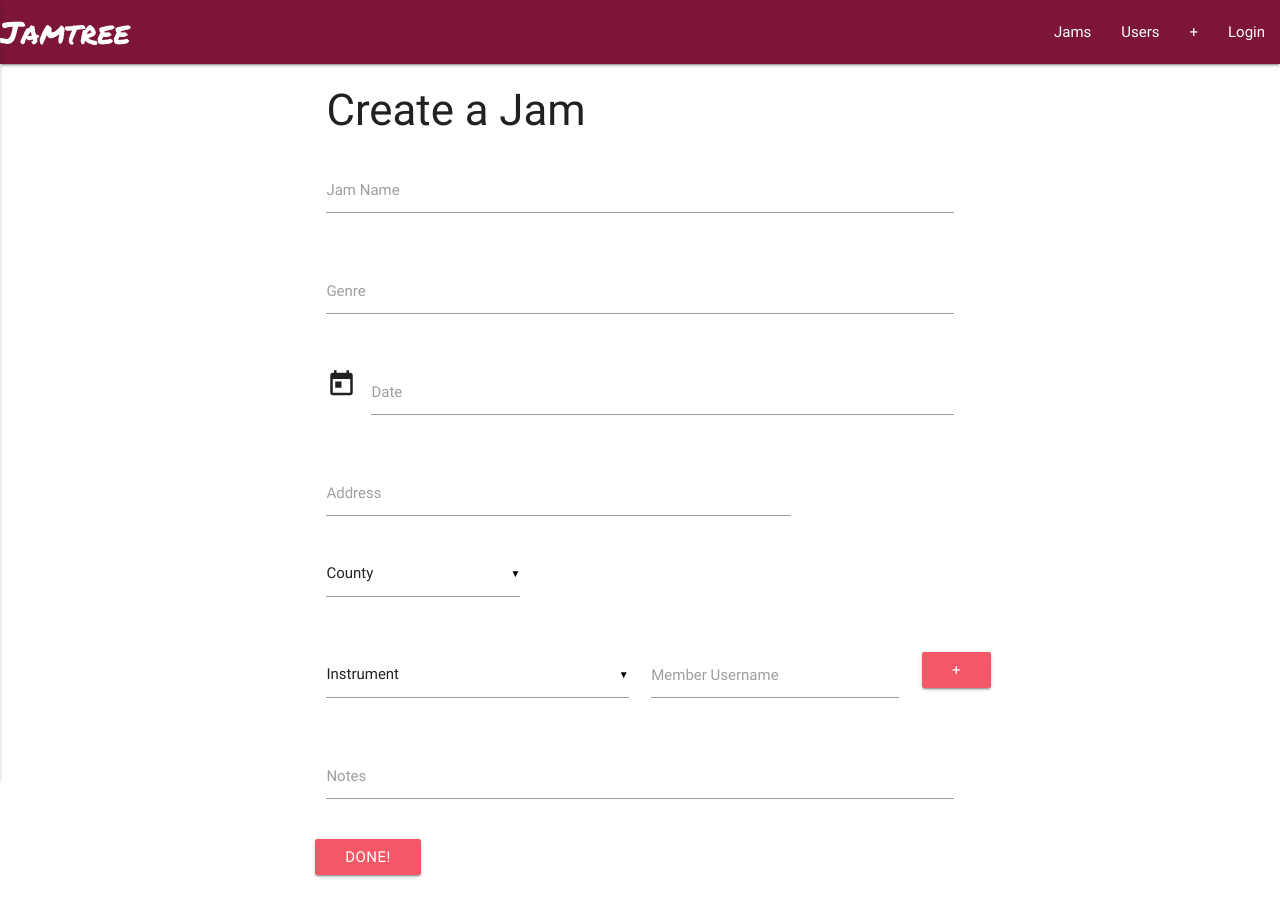
Repository: EdShackleton/milestone-project-3
Page: templates/addjam.html
The author's editor kept a record of every edit. The page is drawn from the files as they stood at one moment, then again after the next edit.
The browser window is 1280 px wide. The pictures show the whole page.
Backgrounds fixed to the window are drawn as part of the page. Some web libraries are served in a nearby version. The template is drawn by Flask 3. The application's start-up code is not run. Other server files are loaded and not shown. Style sheets and scripts are compiled from the project's sources, by tool versions that may differ from the author's. The template is opened directly, without the code that normally fills it, so the values that code supplies are empty.

Above is the page before.

### templates/addjam.html
{% extends 'base.html' %} {% block content %}
<div class="container">
<h3>Create a Jam</h3>
<div class="row">
    <form action="{{ url_for('insert_jam') }}" method="POST" class="col s12">
        <div class="row">
            <div class="input-field col s12">
                <input id="jam_title" name="jam_title" type="text">
                <label for="icon_prefix">Jam Name</label>
            </div>
        </div>
        <div class="row">
            <div class="input-field col s12">
                <input id="genre" name="genre" type="text">
                <label for="icon_prefix">Genre</label>
            </div>
        </div>
        <div class="row">
            <div class="input-field col s12">
                <i class="material-icons prefix">today</i>
                <input id="date_of_jam" name="date_of_jam" type="text" class="datepicker">
                <label for="icon_prefix">Date</label>
            </div>
        </div>
        <div class="row">
            <span class="input-field col s9">
                <input id="jam_location" name="jam_location" type="text">
                <label for="icon_prefix">Address</label>
            </span>
            <span class="input-field col s4">
                <select id="county" name="county">
                    <option value="" disabled selected>County</option>
                    {% for my_county in counties %}
                        <option value="{{my_county.counties}}">{{my_county.county}}</option>
                    {% endfor %}
                </select>
            </span>
        </div>
        <div class="row" id="members-section">
            <span class="input-field col s6">
                <select id="instruments" name="member_instrument">
                    <option value="" disabled selected>Instrument</option>
                    {% for instrument in instruments %}
                        <option value="{{instrument.instruments}}">{{instrument.instrument_name}}</option>
                    {% endfor %}
                </select>
            </span>
            <span class="input-field col s5">
                <input id="jam_member_1" name="jam_member_1" type="text">
                <label for="icon_prefix">Member Username</label>
            </span>
            <span class="input-field col s1">
                <a class="waves-effect waves-light btn" id="new-member_1" onclick="newMember()">+</i></a>
            </span>
        </div>
        <div class="row">
            <div class="input-field col s12">
                <input id="jam_notes" name="jam_notes" type="text">
                <label for="icon_prefix">Notes</label>
            </div>
        </div>
        <div class="row">
            <button class="btn waves-effect waves-light" type="submit">Done!</button>
        </div>
    </form>
</div>
</div>

<script type="text/javascript">
    var i = 1;
    function newMember() {
        i++;
        console.log(i);
        document.getElementById("members-section").innerHTML += `<span class="input-field col s6">
            <select>
                <option id="member_instrument_${[i]}" value="" disabled selected>Instrument</option>
                {% for instrument in instruments %}
                    <option value="{{instrument.instruments}}">{{instrument.instrument_name}}</option>
                {% endfor %}
            </select>
            </span>
            <span class="input-field col s5">
                <input id="jam_member_${[i]}" name="jam_member_${[i]}" type="text">
                <label for="icon_prefix">Member Username</label>
            </span>

            <span class="input-field col s1">
                <a class="waves-effect waves-light btn" id="edit" onclick="newMember()">+</i></a>
            </span>`;

    }
</script>

{% endblock %}

### templates/base.html
<!DOCTYPE html>
<html>
<head>
    <link href="https://fonts.googleapis.com/icon?family=Material+Icons" rel="stylesheet">
    <link href="https://fonts.googleapis.com/css?family=Permanent+Marker|Roboto&display=swap" rel="stylesheet">
    <link rel="stylesheet" href="static/css/style.css" type="text/css" />
    <link rel="stylesheet" href="https://cdnjs.cloudflare.com/ajax/libs/materialize/0.100.2/css/materialize.min.css">
    <link rel="stylesheet" href="{{url_for('static', filename='css/style.css')}}" type="text/css" />
</head>
<body>
    <header>
        <nav>
            <div class="nav-wrapper">
                <a href="" class="brand-logo">Jamtree</a>
                <a href="#" data-activates="mobile-demo" class="button-collapse"><i class="material-icons">menu</i></a>
                <ul id="nav-mobile" class="right hide-on-med-and-down">
                    <li><a href="{{ url_for('get_jams') }}">Jams</a></li>
                    <li><a href="{{ url_for('get_users') }}">Users</a></li>
                    <li><a href="{{ url_for('add_jam') }}">+</a></li>
                    <li><a href="{{ url_for('go_to_login') }}">Login</a></li>

                </ul>
                <ul class="side-nav" id="mobile-demo">
                    <li><a href="{{ url_for('get_jams') }}">Jams</a></li>
                    <li><a href="{{ url_for('get_users') }}">Users</a></li>
                    <li><a href="{{ url_for('add_jam') }}">New Jam</a></li>
                    <li><a href="{{ url_for('go_to_login') }}">Login</a></li>

                </ul>
            </div>
        </nav>
    </header>
<div class="container" id="background"></div>
    <div class="container">
        {% block content %} {% endblock %}
    </div>
    <script src="https://cdnjs.cloudflare.com/ajax/libs/jquery/3.2.1/jquery.min.js"></script>
    <script src="https://cdnjs.cloudflare.com/ajax/libs/materialize/0.100.2/js/materialize.min.js"></script>
    <script type="text/javascript">
        $(document).ready(function() {
            $('.collapsible').collapsible();
            $('select').material_select();
            $(".button-collapse").sideNav();
        });
        $('.datepicker').pickadate({
            selectMonths: true, // Creates a dropdown to control month
            selectYears: 15, // Creates a dropdown of 15 years to control year,
            today: 'Today',
            clear: 'Clear',
            close: 'Ok',
            closeOnSelect: false // Close upon selecting a date,
        });
    </script>
</body>
</html>

### static/css/style.sass
/* Variables */

$primary-color: #7D1538
$secondary-color: #F9F9F9
$third-color: #25283D
$fourth-color: #C45AB3
$fifth-color: #F45866

/* Mixins */

%box
    background-color: $secondary-color
    color: $third-color
    border-color: #9E9E9E

/* background */

#background
    background: url(assets/images/background-pic-2.jpg) no-repeat top center fixed
    -webkit-background-size: cover
    -moz-background-size: cover
    -o-background-size: cover
    background-size: cover

/* nav bar */

.nav-wrapper
    background-color: $primary-color

.brand-logo
    font-family: 'Permanent Marker', cursive

/* Jams page */

.jams-list
    @extend %box
    font-family: 'Roboto', sans-serif

.jam-title
    font-family: 'Permanent Marker', cursive

.other-jam-info
    background-color: #E9E9E9
    border-color: #9E9E9E

/* Users page */

.user-card
    @extend %box
    font-family: 'Roboto', sans-serif

.user-name
    font-family: 'Permanent Marker', cursive

/* other */

.user-card
    @extend %box

.btn
    background-color: $fifth-color

.btn:hover
    background-color: $primary-color

.side-nav
    @extend %box

.side-nav li>a:hover
    background-color: $primary-color
    color: white

After the next edit:
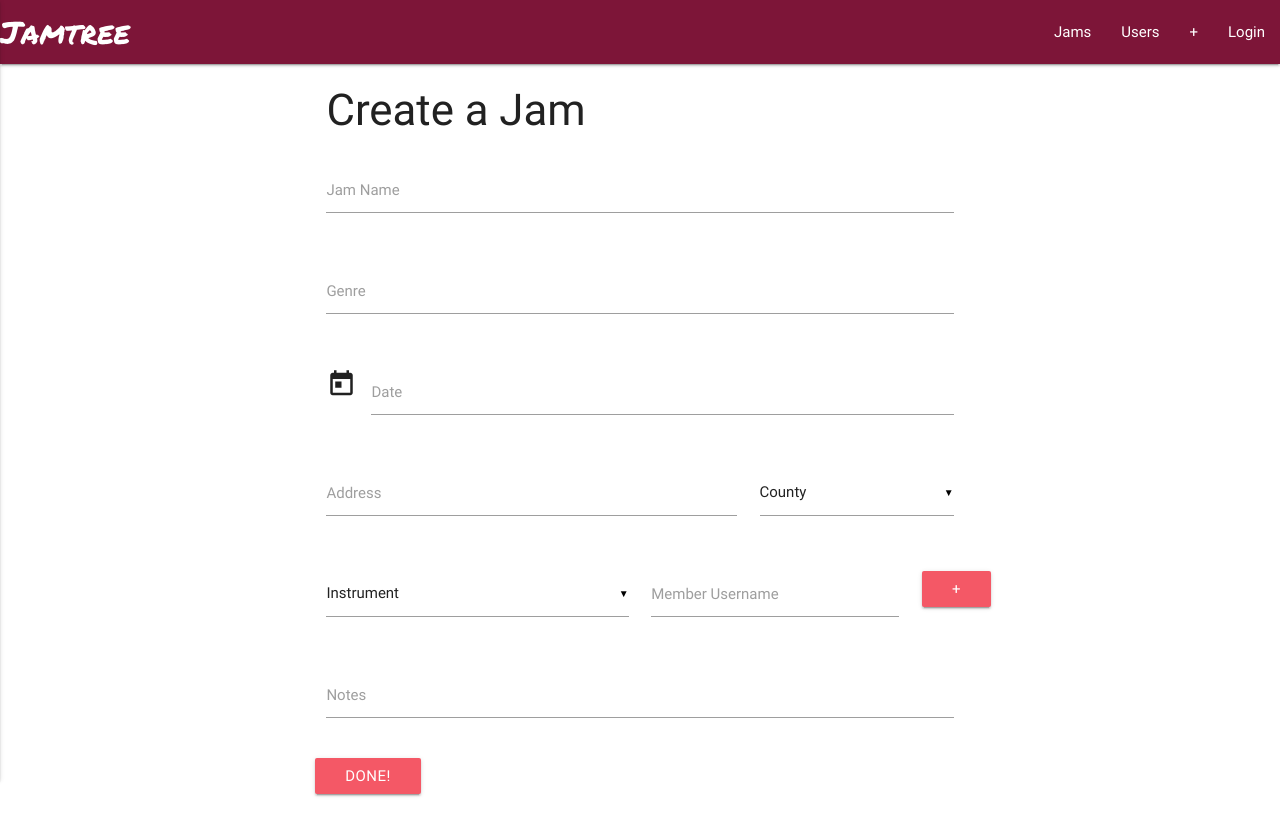
The edit:
--- a/templates/addjam.html
+++ b/templates/addjam.html
@@ -23,7 +23,7 @@
             </div>
         </div>
         <div class="row">
-            <span class="input-field col s9">
+            <span class="input-field col s8">
                 <input id="jam_location" name="jam_location" type="text">
                 <label for="icon_prefix">Address</label>
             </span>
